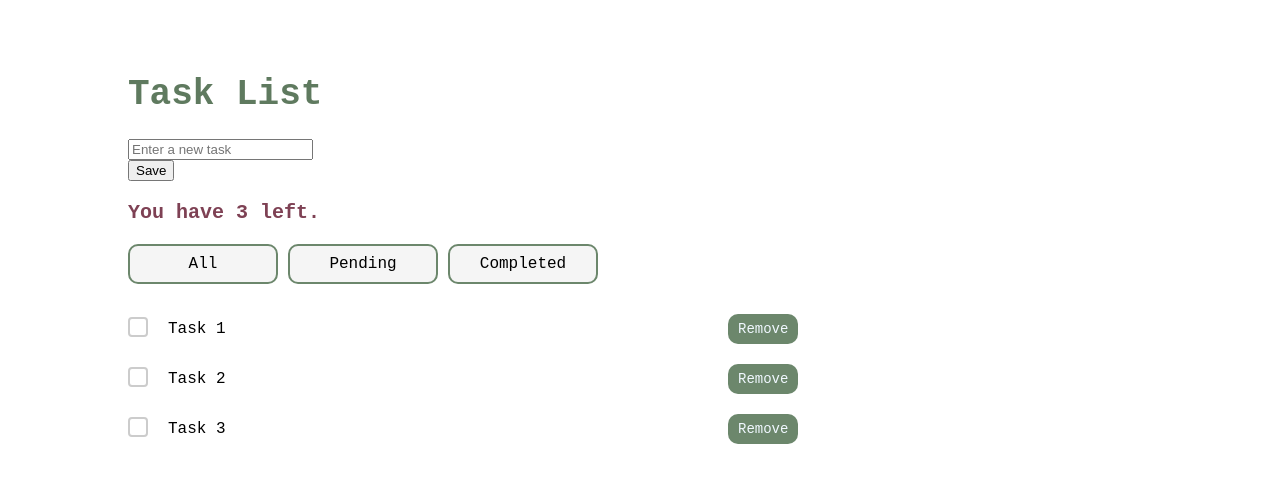
Repository: SandyLy453/task-list
Page: /
An editor plug-in stored every save of this project. The page is shown before and after the next save, followed by the edit.
The browser window is 1280 px wide. The pictures show the whole page.
The pointer rests on the first visible `.filter-btn`.
The project was rebuilt for these pictures with package versions that can differ from the ones it lists, and the page was loaded fresh each time. Also part of the build but not shown: vite.config.js.

Above is the page before, as saved 2024-10-25 18:26:31.

After the next save:
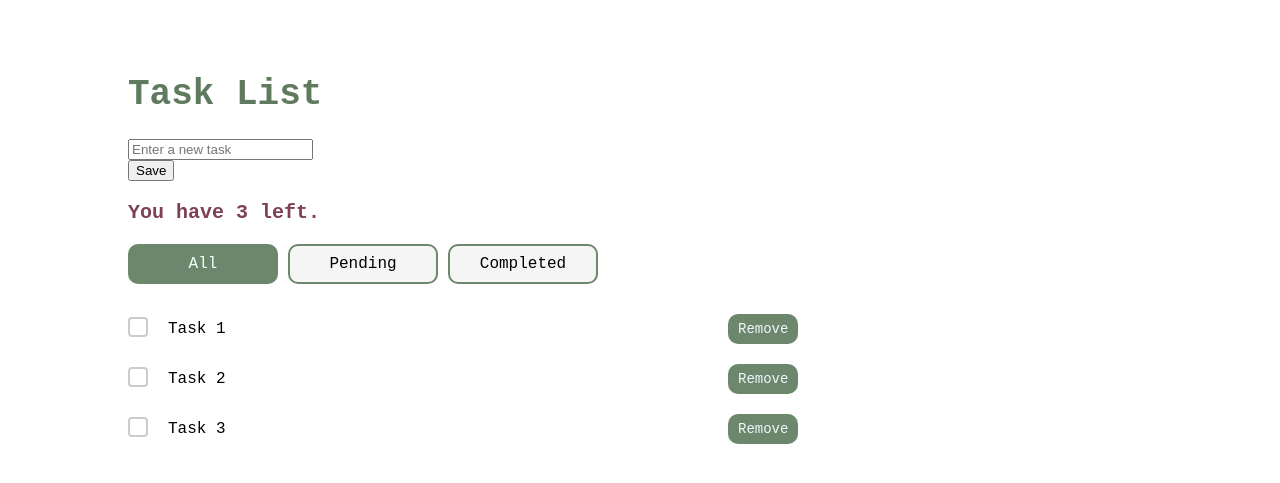
Saved 34 s later.
--- a/src/index.css
+++ b/src/index.css
@@ -48,6 +48,11 @@
   cursor: pointer;
   font-family: monospace;
   font-size: 16px;
+}
+
+.filter-btn:hover {
+  background-color: rgb(108, 135, 108);
+  color: azure;
 }
 
 .sm-btn{
